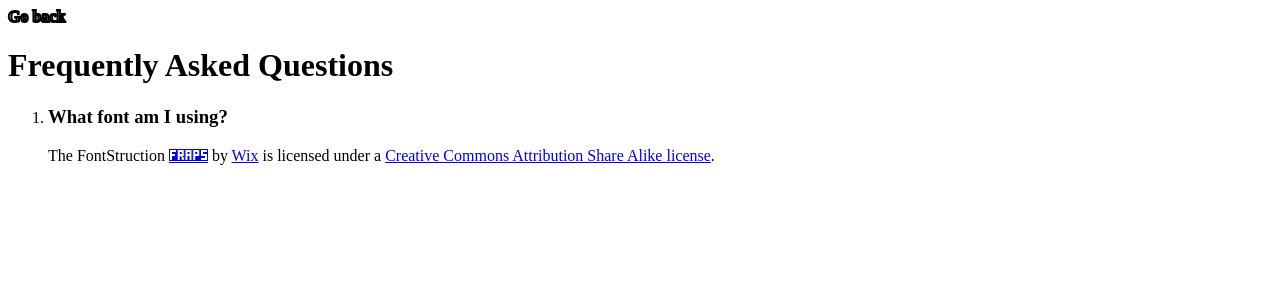
Repository: aliendetonator/fake-fraps-counter
Page: faq.html
An editor plug-in stored every save of this project. The page is shown before and after the next save, followed by the edit.
The browser window is 1280 px wide. The pictures show the whole page.

Above is the page before, as saved 2023-08-31 04:26:49.

### faq.html
<!DOCTYPE html>
<html lang="en">
<head>
    <meta charset="UTF-8">
    <meta name="viewport" content="width=device-width, initial-scale=1.0">
    <link rel="stylesheet" href="src/fonts/fonts.css">
    <link rel="stylesheet" href="src/css/faq.css">
    <title>Document</title>
</head>
<body>
    <a href="index.html" id="goback">Go back</a>
    <h1>Frequently Asked Questions</h1>
    <ol>
        <li>
            <h3>What font am I using?</h3>
            <p>The FontStruction <a
            href="https://fontstruct.com/fontstructions/show/419816)"
            style="font-family: Fraps;">FRAPS</a>
            by <a href="https://fontstruct.com/fontstructors/341954/vladislav_sergeevich">Wix</a> is licensed under a
                <a href="http://creativecommons.org/licenses/by-sa/3.0/">Creative Commons Attribution Share Alike license</a>.</p>
        </li>
    </ol>
</body>
</html>

### src/fonts/fonts.css
@font-face {
    font-family: "fraps";
    src: url("fraps.ttf")
}

### src/css/faq.css
#goback{
    font-weight: 900;
    -webkit-text-stroke: 2px #000;
}

#goback:link,
#goback:visited,
#goback:hover,
#goback:active{
    text-decoration: none;
    color: yellow;
}
#goback:hover{
    color:#DD0;
}

After the next save:
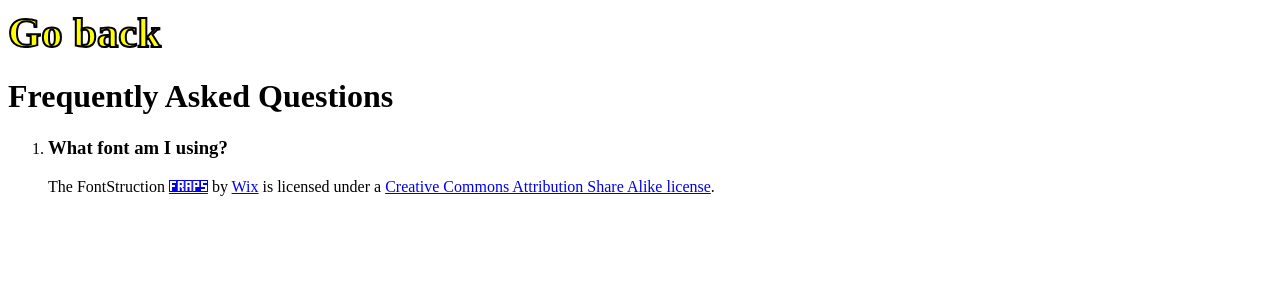
Saved 6 s later.
--- a/src/css/faq.css
+++ b/src/css/faq.css
@@ -1,6 +1,7 @@
 #goback{
     font-weight: 900;
     -webkit-text-stroke: 2px #000;
+    font-size: 32pt;
 }
 
 #goback:link,
